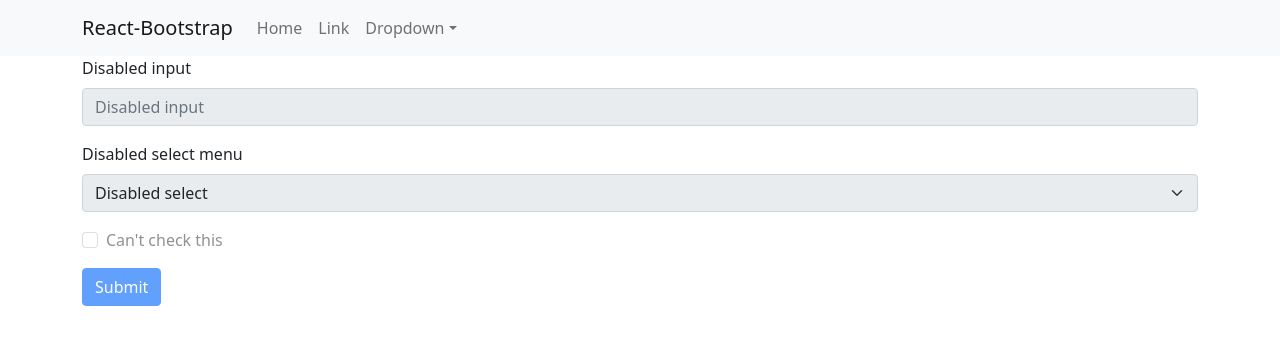
Repository: nnbxxx/-Redux-Ultimate---Redux
Page: /
These files come from the project's save history. The page is drawn as it stood at one moment and after the next save; the edit follows.
The browser window is 1280 px wide. The pictures show the whole page.
The page's requests for data from a server got no answer. The project was rebuilt for these pictures with package versions that can differ from the ones it lists, and the page was loaded fresh each time. No one was signed in, and anything a server would have sent is missing.

Above is the page before, as saved 2023-04-22 08:12:32.

After the next save:
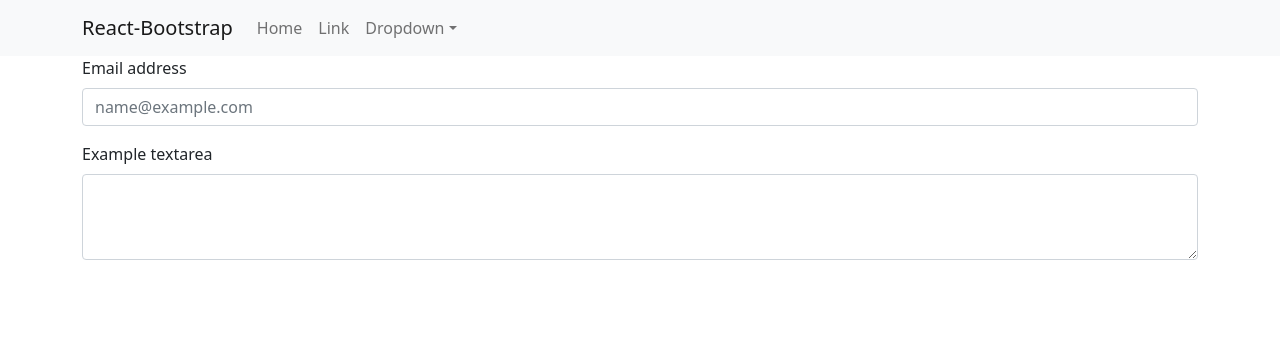
Saved 58 s later.
--- a/src/components/FormAddNew.js
+++ b/src/components/FormAddNew.js
@@ -7,33 +7,14 @@ const FormAddNew = (props) => {
     <>
       <Container>
         <Form>
-          <fieldset disabled>
-            <Form.Group className='mb-3'>
-              <Form.Label htmlFor='disabledTextInput'>
-                Disabled input
-              </Form.Label>
-              <Form.Control
-                id='disabledTextInput'
-                placeholder='Disabled input'
-              />
-            </Form.Group>
-            <Form.Group className='mb-3'>
-              <Form.Label htmlFor='disabledSelect'>
-                Disabled select menu
-              </Form.Label>
-              <Form.Select id='disabledSelect'>
-                <option>Disabled select</option>
-              </Form.Select>
-            </Form.Group>
-            <Form.Group className='mb-3'>
-              <Form.Check
-                type='checkbox'
-                id='disabledFieldsetCheck'
-                label="Can't check this"
-              />
-            </Form.Group>
-            <Button type='submit'>Submit</Button>
-          </fieldset>
+          <Form.Group className='mb-3' controlId='exampleForm.ControlInput1'>
+            <Form.Label>Email address</Form.Label>
+            <Form.Control type='email' placeholder='name@example.com' />
+          </Form.Group>
+          <Form.Group className='mb-3' controlId='exampleForm.ControlTextarea1'>
+            <Form.Label>Example textarea</Form.Label>
+            <Form.Control as='textarea' rows={3} />
+          </Form.Group>
         </Form>
       </Container>
     </>
